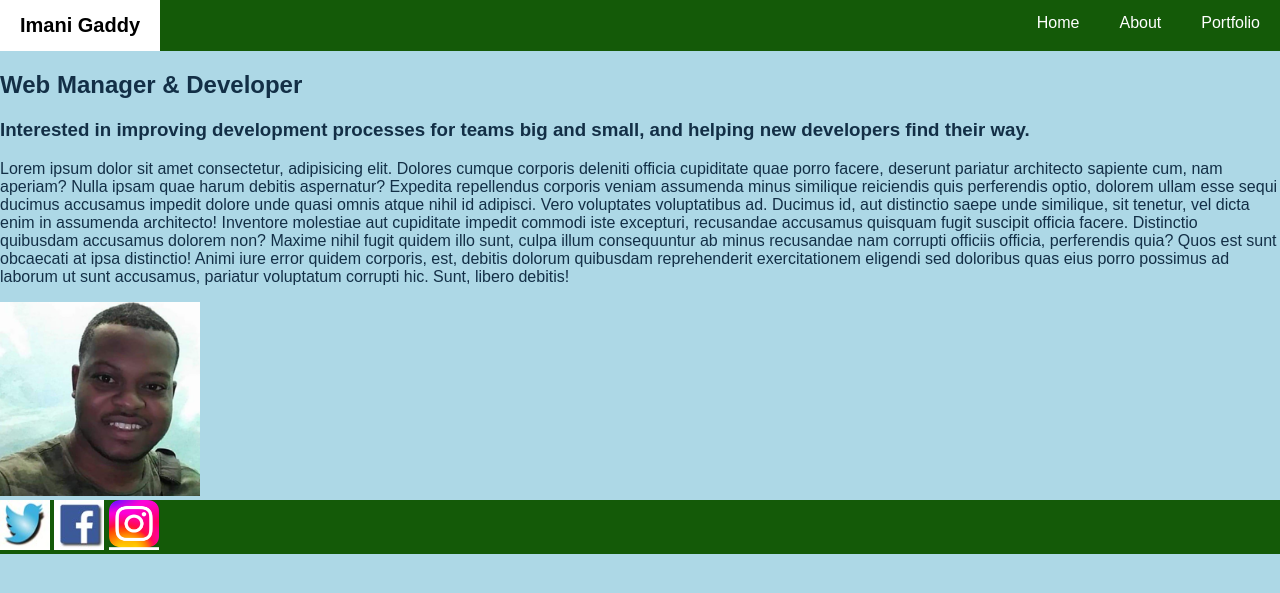
Repository: website-dev-team/website-repo
Page: personal_site/home.html
The author's editor kept a copy of each file at every save. The page is drawn from the files as they stood at one save, then again after the next save.
The browser window is 1280 px wide. The pictures show the whole page.

Above is the page before, as saved 2024-07-16 04:58:47.

### personal_site/home.html
<!DOCTYPE html>
<html lang="en">
<head>
    <meta charset="UTF-8">
    <meta name="viewport" content="width=device-width, initial-scale=1.0">
    <title>My Personal Website</title>
    <link rel="stylesheet" href="style.css">
</head>
<body>
<header>
    <nav class="navbar">
        <a class="logo" href="#">Imani Gaddy</a>
        <a href="./portfolio.html" class="nav-item">Portfolio</a>
        <a href="./about.html" class="nav-item">About</a>
        <a href="./home.html" class="nav-item">Home</a>
    </nav>
</header>

<section class="boxw"><h2>Web Manager & Developer</h2></section>
<div>
    <section class="box">
        <section class="box2"><h3>Interested in improving development processes for teams big and small, and helping new developers find their way.</h3>
    <p>Lorem ipsum dolor sit amet consectetur, adipisicing elit. Dolores cumque corporis deleniti officia cupiditate quae porro facere, deserunt pariatur architecto sapiente cum, nam aperiam? Nulla ipsam quae harum debitis aspernatur?
    Expedita repellendus corporis veniam assumenda minus similique reiciendis quis perferendis optio, dolorem ullam esse sequi ducimus accusamus impedit dolore unde quasi omnis atque nihil id adipisci. Vero voluptates voluptatibus ad.
    Ducimus id, aut distinctio saepe unde similique, sit tenetur, vel dicta enim in assumenda architecto! Inventore molestiae aut cupiditate impedit commodi iste excepturi, recusandae accusamus quisquam fugit suscipit officia facere.
    Distinctio quibusdam accusamus dolorem non? Maxime nihil fugit quidem illo sunt, culpa illum consequuntur ab minus recusandae nam corrupti officiis officia, perferendis quia? Quos est sunt obcaecati at ipsa distinctio!
    Animi iure error quidem corporis, est, debitis dolorum quibusdam reprehenderit exercitationem eligendi sed doloribus quas eius porro possimus ad laborum ut sunt accusamus, pariatur voluptatum corrupti hic. Sunt, libero debitis!</p>
        <img src="Profile.png" alt="Profile Image" class="float-left" width="200">
        </section>
</div>
<footer>
    <nav class="navbar">
        <img src="twitter.jpg" alt="insta" class="float-left" width="50" height="50">
        <img src="facebook.jpg" alt="insta" class="float-left" width="50" height="50">
        <img src="instagram.png" alt="insta" class="float-left" width="50" height="50">

    </nav>
</footer>

</body>
</html>

### personal_site/style.css
body {
    margin: 0;
    font-family: Arial, Helvetica, sans-serif;
    background-color: #add8e6;
    color: #132f46;

}

.navbar {
    background-color: #145a08;
    overflow: hidden;
}

.navbar a {
    display: inline-block;
    text-decoration: none;
    text-align: center;
    padding: 14px 20px;
    color: white;
}

.navbar a:hover {
    background-color: white;
    color: black;
}

.navbar .logo {
    font-size: 20px;
    font-weight: bold;
    float: left;
}

.navbar .nav-item {
    float: right;
}

After the next save:
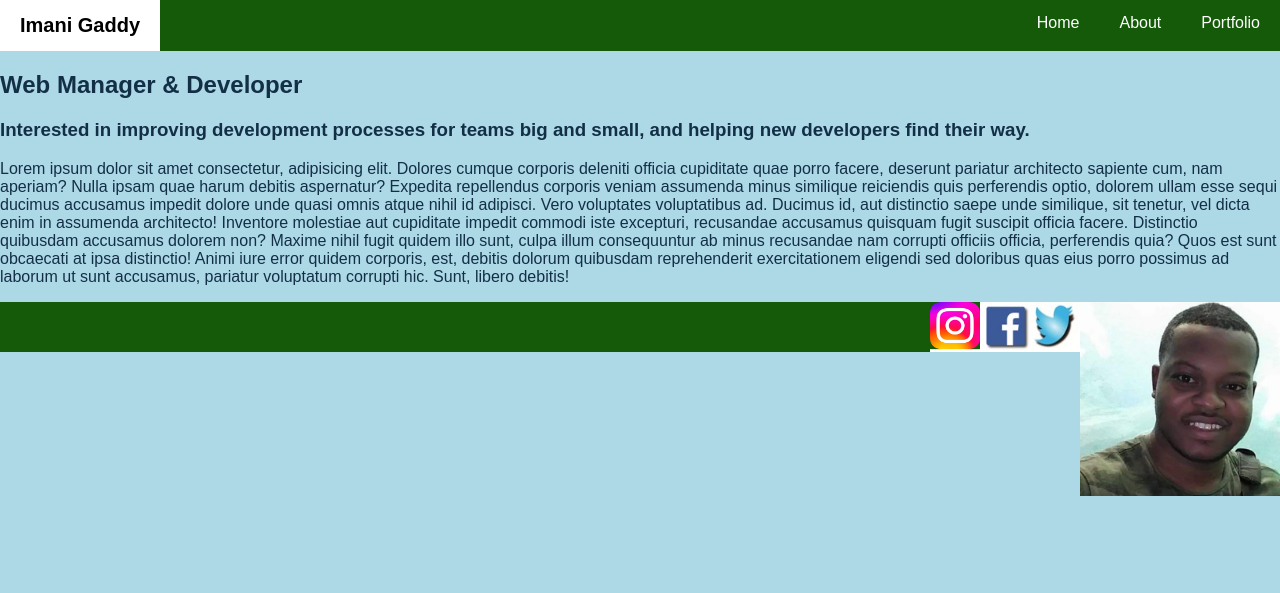
Saved 9 min 18 s later.
--- a/personal_site/style.css
+++ b/personal_site/style.css
@@ -33,3 +33,7 @@ body {
 .navbar .nav-item {
     float: right;
 }
+
+.float-left {
+    float: right;
+}
